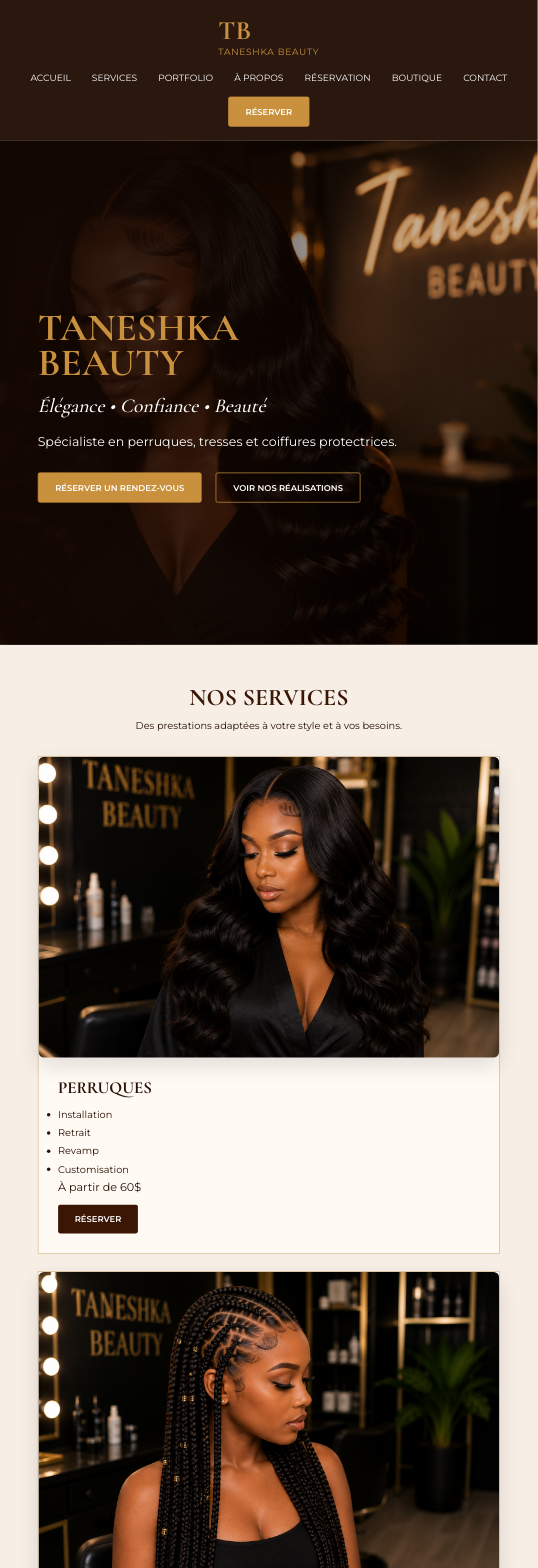
Repository: kngnepi/Taneshka-Beauty-House
Page: index.html
The author's editor kept a copy of each file at every save. The page is drawn from the files as they stood at one save, then again after the next save.
The browser window is 768 px wide. The pictures show the part of the page from y = 0 to 2240 px (the page is 8953 px tall before and 7967 px after), at 70% of full size.

Above is the page before, as saved 2026-07-05 20:22:58.

After the next save:
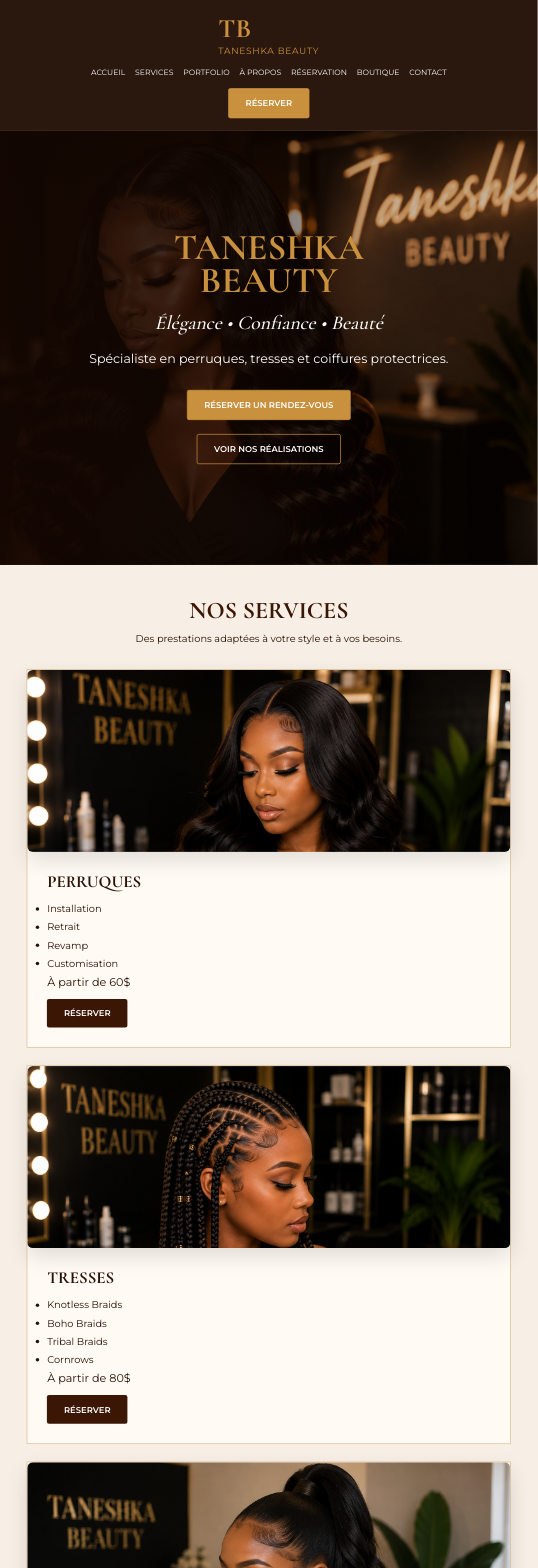
Saved 5 min 50 s later.
--- a/style.css
+++ b/style.css
@@ -715,3 +715,100 @@
     line-height:1.7;
     margin-bottom:25px;
 }
+
+@media (max-width: 768px) {
+  section {
+    padding: 45px 5%;
+  }
+
+  .navbar {
+    height: auto;
+    padding: 18px 5%;
+    flex-direction: column;
+    gap: 16px;
+  }
+
+  nav {
+    gap: 14px;
+    flex-wrap: wrap;
+    justify-content: center;
+  }
+
+  nav a {
+    font-size: 11px;
+  }
+
+  .hero {
+    min-height: 620px;
+    background-position: center top;
+    text-align: center;
+  }
+
+  .hero-content {
+    margin: 0 auto;
+  }
+
+  .hero h1 {
+    font-size: 52px;
+  }
+
+  .hero-buttons {
+    flex-direction: column;
+    align-items: center;
+  }
+
+  .services-grid,
+  .split-section,
+  .products-content,
+  .location-content {
+    grid-template-columns: 1fr;
+  }
+
+  .service-card {
+    grid-template-columns: 1fr;
+  }
+
+  .service-img {
+    height: 260px;
+  }
+
+  .portfolio-grid {
+    grid-template-columns: repeat(2, 1fr);
+    gap: 12px;
+  }
+
+  .portfolio-item {
+    height: 230px;
+  }
+
+  .booking-form {
+    grid-template-columns: 1fr;
+  }
+
+  .booking-form textarea,
+  .booking-form button,
+  .terms {
+    grid-column: span 1;
+  }
+
+  .about-box {
+    grid-template-columns: 1fr;
+    padding: 30px;
+  }
+
+  .about-img {
+    height: 340px;
+  }
+
+  .about-stats {
+    grid-template-columns: 1fr;
+  }
+
+  .reviews-grid {
+    grid-template-columns: 1fr;
+  }
+
+  .modal-content {
+    padding: 28px 22px;
+  }
+}
